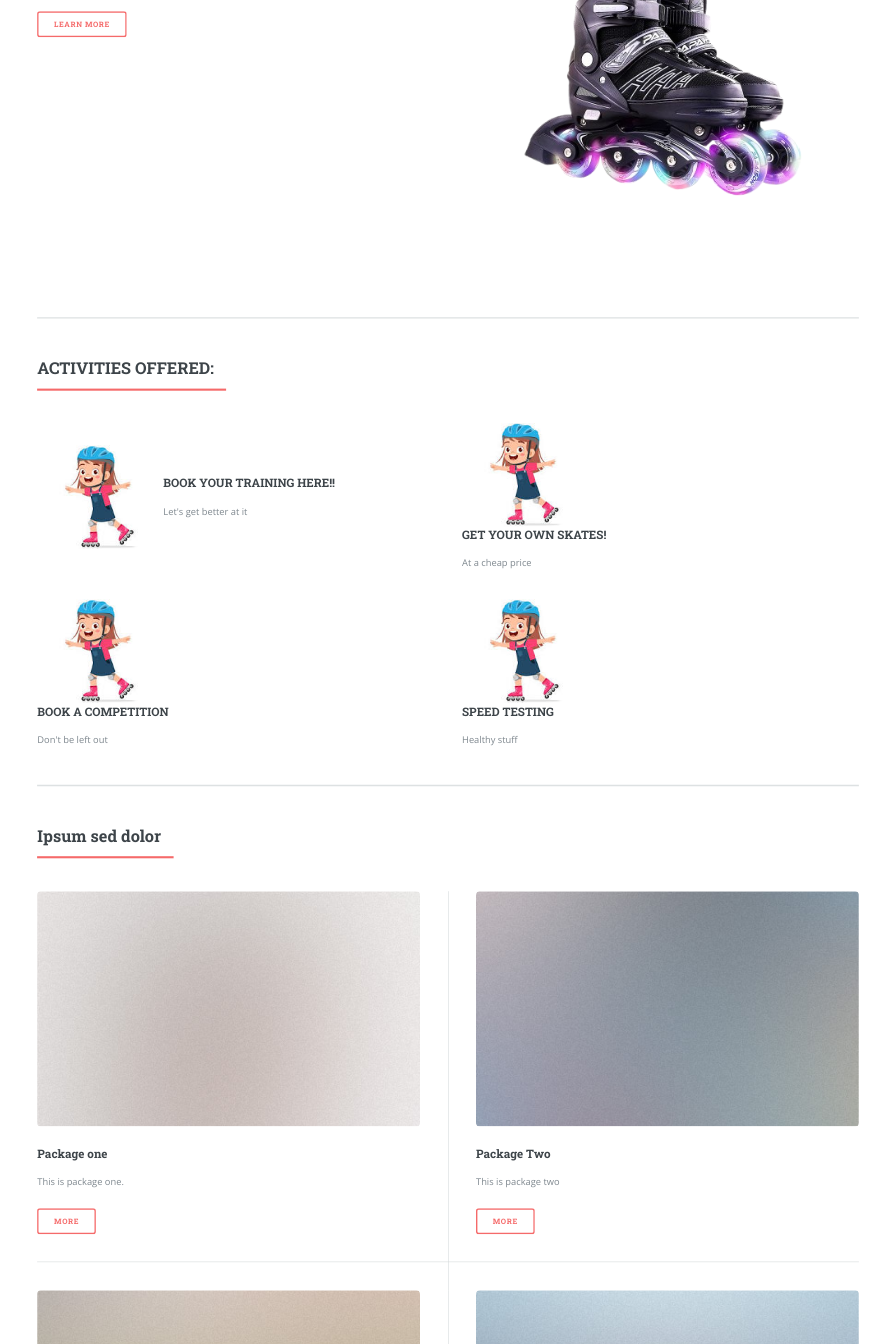
Repository: rachel648/New_Elite
Page: index.html
The author's editor kept a copy of each file at every save. The page is drawn from the files as they stood at one save, then again after the next save.
The browser window is 1280 px wide. The pictures show the part of the page from y = 353 to 2273 px (the page is 3312 px tall), at 70% of full size.

Above is the page before, as saved 2024-10-14 14:07:48.

### index.html
<!DOCTYPE HTML>
<html>
	<head>
		<title>ELITE SKATES</title>
		<meta charset="utf-8" />
		<meta name="viewport" content="width=device-width, initial-scale=1, user-scalable=no" />
		<link rel="stylesheet" href="assets/css/main.css" />
	</head>
	<body class="is-preload">

		<!-- Wrapper -->
			<div id="wrapper">

				<!-- Main -->
					<div id="main">
						<div class="inner">

							<!-- Header -->
								<header id="header">
									<a href="index.html" class="logo"><strong>ELITE </strong>SKATING CLUB</a>
									<ul class="icons">
										<li><a href="#" class="icon brands fa-twitter"><span class="label">Twitter</span></a></li>
										<li><a href="#" class="icon brands fa-facebook-f"><span class="label">Facebook</span></a></li>
										<li><a href="#" class="icon brands fa-snapchat-ghost"><span class="label">Snapchat</span></a></li>
										<li><a href="#" class="icon brands fa-instagram"><span class="label">Instagram</span></a></li>
										<li><a href="#" class="icon brands fa-medium-m"><span class="label">Medium</span></a></li>
									</ul>
								</header>

							<!-- Banner -->
								<section id="banner">
									<div class="content">
										<header>
											<h1>Welcome, Let's Skate!<br />
											With Mario</h1>
											<p>Join the thrill, boost your skills, and enjoy the ride with our skating community!</p>
										</header>
										<p> </p>
										<ul class="actions">
											<li><a href="#" class="button big">Learn More</a></li>
										</ul>
									</div>
									<span class="image object">
										<img src="images/skatetwo-removebg-preview.png" alt="" />
									</span>
								</section>

							<!-- Section -->
								<section>
									<header class="major">
										<h2>ACTIVITIES OFFERED:</h2>
									</header>
									<div class="features">
										<article>
											<span class="image object"></span>
											<img src="images/training.jpg" alt="" />
											<div class="content">
												<h3>BOOK YOUR TRAINING HERE!!</h3>
												<p>Let's get better at it</p>
											</div>
										</article>
										<article>
											<span class="image object">
										<img src="images/training.jpg" alt="" />
											<div class="content">
												<h3>GET YOUR OWN SKATES!</h3>
												<p>At a cheap price</p>
											</div>
										</article>
										<article>
											<span class="image object">
												<img src="images/training.jpg" alt="" />
											<div class="content">
												<h3>BOOK A COMPETITION</h3>
												<p> Don't be left out</p>
										</article>
										<article>
											<span class="image object">
												<img src="images/training.jpg" alt="" />
											<div class="content">
												<h3>SPEED TESTING</h3>
												<p>Healthy stuff</p>
											</div>
										</article>
									</div>
								</section>

							<!-- Section -->
								<section>
									<header class="major">
										<h2>Ipsum sed dolor</h2>
									</header>
									<div class="posts">
										<article>
											<a href="#" class="image"><img src="images/pic01.jpg" alt="" /></a>
											<h3>Package one</h3>
											<p>This is package one.</p>
											<ul class="actions">
												<li><a href="#" class="button">More</a></li>
											</ul>
										</article>
										<article>
											<a href="#" class="image"><img src="images/pic02.jpg" alt="" /></a>
											<h3>Package Two</h3>
											<p>This is package two</p>
											<ul class="actions">
												<li><a href="#" class="button">More</a></li>
											</ul>
										</article>
										<article>
											<a href="#" class="image"><img src="images/pic03.jpg" alt="" /></a>
											<h3>Package three</h3>
											<p>This is package three</p>
											<ul class="actions">
												<li><a href="#" class="button">More</a></li>
											</ul>
										</article>
										<article>
											<a href="#" class="image"><img src="images/pic04.jpg" alt="" /></a>
											<h3>Package four</h3>
											<p>This is package four</p>
											<ul class="actions">
												<li><a href="#" class="button">More</a></li>
											</ul>
										</article>
										<article>
											<a href="#" class="image"><img src="images/pic05.jpg" alt="" /></a>
											<h3>Package five</h3>
											<p>This is package five</p>
											<ul class="actions">
												<li><a href="#" class="button">More</a></li>
											</ul>
										</article>
										<article>
											<a href="#" class="image"><img src="images/pic06.jpg" alt="" /></a>
											<h3>Package six</h3>
											<p>This is package six</p>
											<ul class="actions">
												<li><a href="#" class="button">More</a></li>
											</ul>
										</article>
									</div>
								</section>

						</div>
					</div>

				<!-- Sidebar -->
					<div id="sidebar">
						<div class="inner">

							<!-- Search -->
								<section id="search" class="alt">
									<form method="post" action="#">
										<input type="text" name="query" id="query" placeholder="Search" />
									</form>
								</section>

							<!-- Menu -->
								<nav id="menu">
									<header class="major">
										<h2>Menu</h2>
									</header>
									<ul>
										<li><a href="index.html">Homepage</a></li>
										<li><a href="generic.html">Upcoming Events</a></li>
										<li><a href="elements.html">Sports day </a></li>
										<li>
											<!--		<span class="opener">Submenu</span>
											<ul>
												<li><a href="#">Lorem Dolor</a></li>
												<li><a href="#">Ipsum Adipiscing</a></li>
												<li><a href="#">Tempus Magna</a></li>
												<li><a href="#">Feugiat Veroeros</a></li>
											</ul>

										</li>
										<li><a href="#">Etiam Dolore</a></li>
										<li><a href="#">Adipiscing</a></li>
										<li>
											<span class="opener">Another Submenu</span>
											<ul>
												<li><a href="#">Lorem Dolor</a></li>
												<li><a href="#">Ipsum Adipiscing</a></li>
												<li><a href="#">Tempus Magna</a></li>
												<li><a href="#">Feugiat Veroeros</a></li>
											</ul>
										</li>
										<li><a href="#">Maximus Erat</a></li>
										<li><a href="#">Sapien Mauris</a></li>
										<li><a href="#">Amet Lacinia</a></li>
										-->
									</ul>
								</nav>

							<!-- Section -->
								<section>
									<header class="major">
										<h2>LATEST HOTTEST DEALS</h2>
									</header>
									<div class="mini-posts">
										<article>
											<a href="#" class="image"><img src="images/pic07.jpg" alt="" /></a>
											<p>Package one</p>
										</article>
										<article>
											<a href="#" class="image"><img src="images/pic08.jpg" alt="" /></a>
											<p>Package two</p>
										</article>
										<article>
											<a href="#" class="image"><img src="images/pic09.jpg" alt="" /></a>
											<p>package three</p>
										</article>
									</div>
									<ul class="actions">
										<li><a href="#" class="button">More</a></li>
									</ul>
								</section>

							<!-- Section -->
								<section>
									<header class="major">
										<h2>Get in touch</h2>
									</header>
									<p></p>
									<ul class="contact">
										<li class="icon solid fa-envelope"><a href="#">skates@gmail.com</a></li>
										<li class="icon solid fa-phone">0712671172>

									</ul>
								</section>

							<!-- Footer -->
								<footer id="footer">

								</footer>

						</div>
					</div>

			</div>

		<!-- Scripts -->
			<script src="assets/js/jquery.min.js"></script>
			<script src="assets/js/browser.min.js"></script>
			<script src="assets/js/breakpoints.min.js"></script>
			<script src="assets/js/util.js"></script>
			<script src="assets/js/main.js"></script>

	</body>
</html>

Loaded but not shown: assets/js/jquery.min.js (library); assets/js/browser.min.js (common file); assets/js/breakpoints.min.js (common file); assets/css/fontawesome-all.min.css (library); assets/js/util.js (587 lines, source omitted); assets/js/main.js (262 lines, source omitted); assets/css/main.css (2284 lines, source omitted)

After the next save:
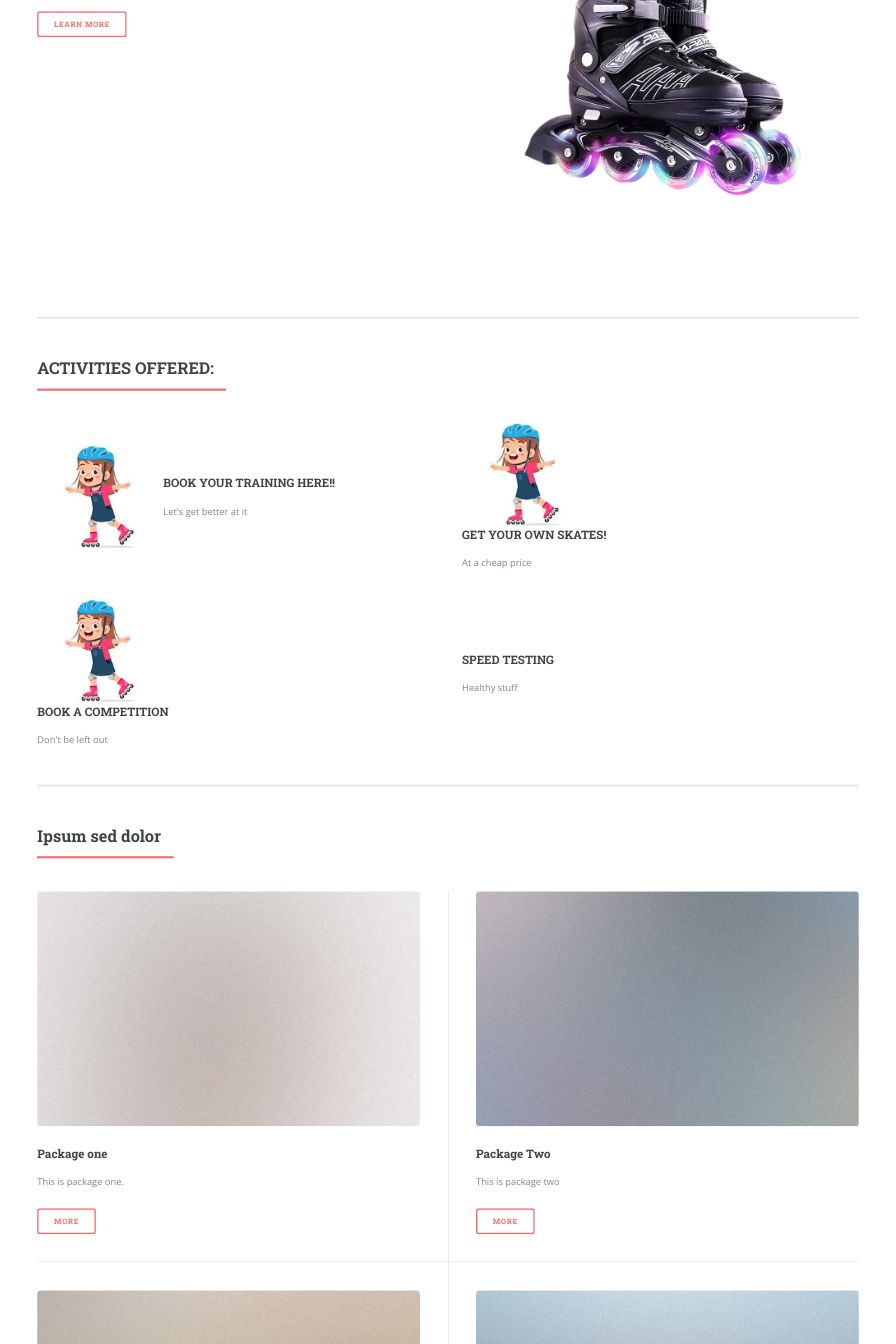
Not found: images/training.jpggit
Saved 103 s later.
--- a/index.html
+++ b/index.html
@@ -76,7 +76,7 @@
 										</article>
 										<article>
 											<span class="image object">
-												<img src="images/training.jpg" alt="" />
+												<img src="images/training.jpggit" alt="" />
 											<div class="content">
 												<h3>SPEED TESTING</h3>
 												<p>Healthy stuff</p>

After the save that followed:
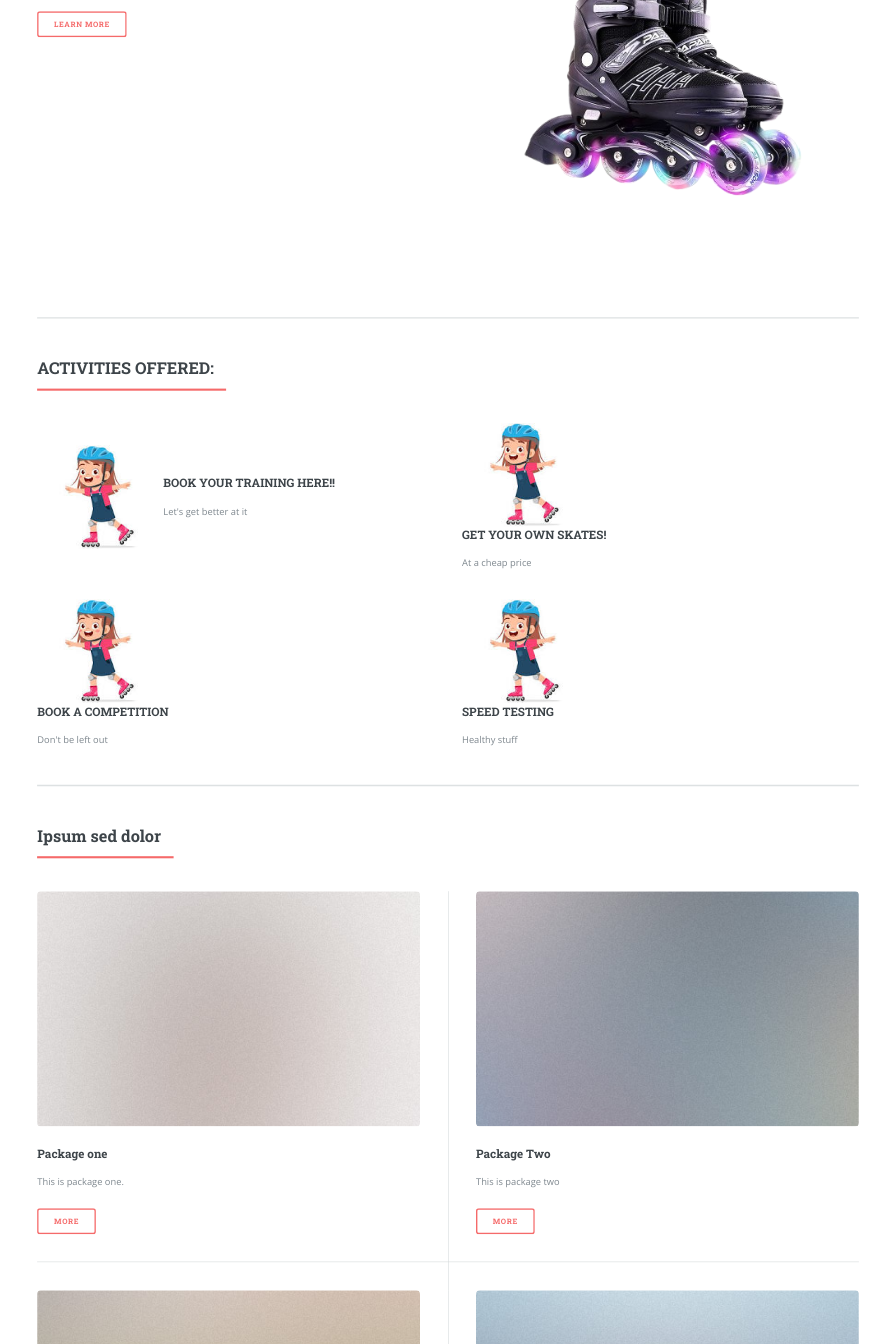
Saved 13 s later.
--- a/index.html
+++ b/index.html
@@ -76,7 +76,7 @@
 										</article>
 										<article>
 											<span class="image object">
-												<img src="images/training.jpggit" alt="" />
+												<img src="images/training.jpg" alt="" />
 											<div class="content">
 												<h3>SPEED TESTING</h3>
 												<p>Healthy stuff</p>
